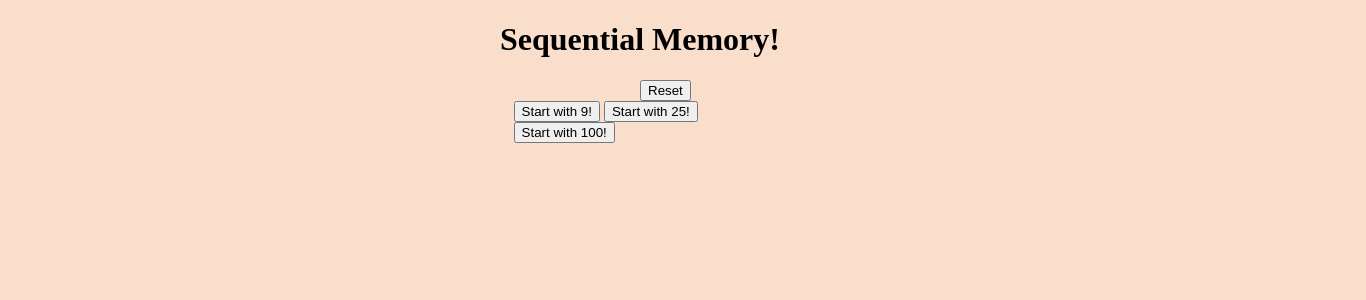
Repository: HyveMynd/htdocs
Page: PS1/MemoryNumbers.html
An editor plug-in stored every save of this project. The page is shown before and after the next save, followed by the edit.
The browser window is 1280 px wide. The page is 1323 px wide, then 1366 px, so the pictures cover 1366 px, including what lies to the right of the window. The pictures show the whole page.
Some web libraries are served in a nearby version.

Above is the page before, as saved 2013-01-22 04:27:42.

### PS1/MemoryNumbers.html
<!DOCTYPE html PUBLIC "-//W3C//DTD HTML 4.01 Transitional//EN" "http://www.w3.org/TR/html4/loose.dtd">
<html>
<head>
<meta http-equiv="Content-Type" content="text/html; charset=UTF-8">
<link rel="stylesheet" href="MemoryStyle.css" type="text/css" />
<script type="text/javascript" src="https://ajax.googleapis.com/ajax/libs/jquery/1.7.1/jquery.min.js"></script>
<script src="memory.js" type="text/javascript" ></script>
<title>Number Memory</title>
</head>
<body>
<h1>Sequential Memory!</h1>
<input id=reset type=button onclick=window.location.reload() value=Reset visible=hidden />
<div class=gameboard ></div>
<div class=select>
	<button id=num3 onclick="displayBoard(3)">Start with 9!</button>
	<button id=num5 onclick="displayBoard(5)">Start with 25!</button>
	<button id=num10 onclick="displayBoard(10)">Start with 100!</button>
</div>
</body>
</html>

### PS1/MemoryStyle.css
@CHARSET "UTF-8";
body { background-color:#f9dfcb; }
h1 { text-align:center; color:black }
table {
	text-align:center;
	color:black;
	border: 5px solid black;
	border-collapse:collapse;
	margin:auto;
	font-size:50px;
}
tr { border: 5px solid black; height: 100px; width: 100px; }
td { border: 5px solid black; height: 100px; width: 100px; }
p {text-align:center; font-size:30px}
.gameboard input {
	height:90px;
	width:90px;
	background-color:#faaaab;
	font-size:30px;
	color:#faaaab;
}
.select {
	margin-left:40%;
	margin-right:40%;
}
#reset {
	margin-left:50%;
	margin-right:50%;
}

### PS1/memory.js
var current = 0;
var numbers = new Array();
var rowsColumns;

function displayNumber(button){
	//show number in black
	$(button).css({color:"#000000"});
	var selected = $(button).val();
	//if the number is sequential, do not fade
	if (selected == current+1){
		current++;
	}
	//else reset the numbers to be invisible
	else{
		window.setTimeout(function () {showbutton();}, 500);
		current=0;
	}
	//check for game completion
	if(current == rowsColumns*rowsColumns){
		gameComplete();
	}
}

function showbutton(){
	//reset all the numbers back to blank
	$(".gameboard input").css({color:"#faaaab"});
}

function mouseDown(e){
	displayNumber();
}

function displayBoard(num){
	rowsColumns = num;
	for (var i = 0; i < num*num; i++){
		numbers[i] = i+1;
	}

	//add the buttons to the gameboard
	var board = "<table>";
	for (var r = 0; r < num; r++){
		var row = "<tr>";
		for (var c = 0; c < num; c++){
			var key = Math.floor(Math.random() * numbers.length-1);
			var number = numbers.splice(key, 1);
			//randomly select array numbers
			row += "<td><input type=button value="+number+" /></td>";
		}
		row += "</tr>";
		board += row;
	}
	board += "</table>";
	$(".gameboard").append(board);
	$("#twentyfive").hide();

	//tie gameboard buttons
	$(".gameboard input").click(function () { play(this); });
}

function play(button){
	//get the row and column of the button
	var td = $(button).parent();
	var col = td.parent().children().index(td);
	var row = td.parent().parent().children().index(td.parent());

	//toggle the number to display
	toggle(row, col);
}

function toggle (r,c){
	var button = $(".gameboard input").get(r*rowsColumns+c);
	displayNumber(button);
}

function gameComplete(){
	window.alert("Congratulations! You have won!");
}

After the next save:
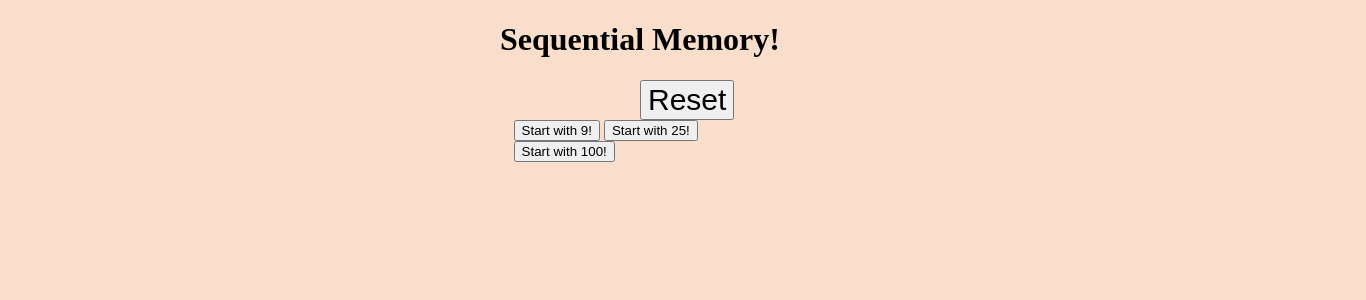
Saved 85 s later.
--- a/PS1/MemoryStyle.css
+++ b/PS1/MemoryStyle.css
@@ -24,6 +24,7 @@ p {text-align:center; font-size:30px}
 	margin-right:40%;
 }
 #reset {
+	font-size:30px;
 	margin-left:50%;
 	margin-right:50%;
 }
